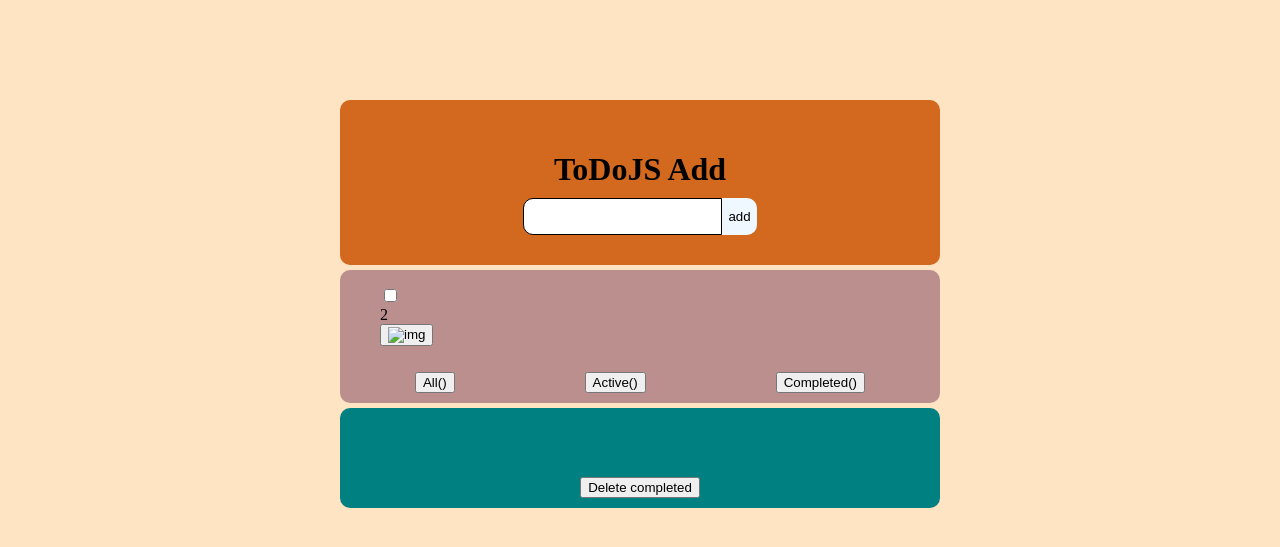
Repository: Savich01/todoTest
Page: index.html
These files come from the project's save history. The page is drawn as it stood at one moment and after the next save; the edit follows.
The browser window is 1280 px wide. The pictures show the whole page.

Above is the page before, as saved 2024-05-06 11:11:43.

After the next save:
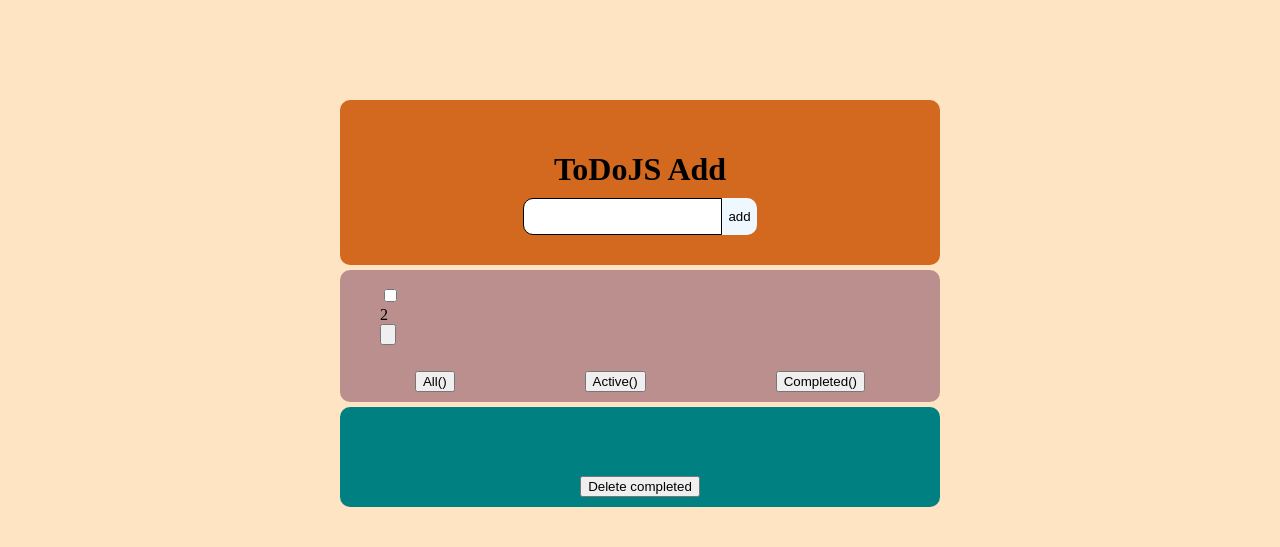
Saved 108 s later.
--- a/index.html
+++ b/index.html
@@ -28,7 +28,7 @@
                     2
                 </li>
                 <button class="main--list-btn">
-                    <img src="" alt="img">
+                    <img src="images/crosslinear_106242.svg" alt="img">
                 </button>
                </ul>
 
